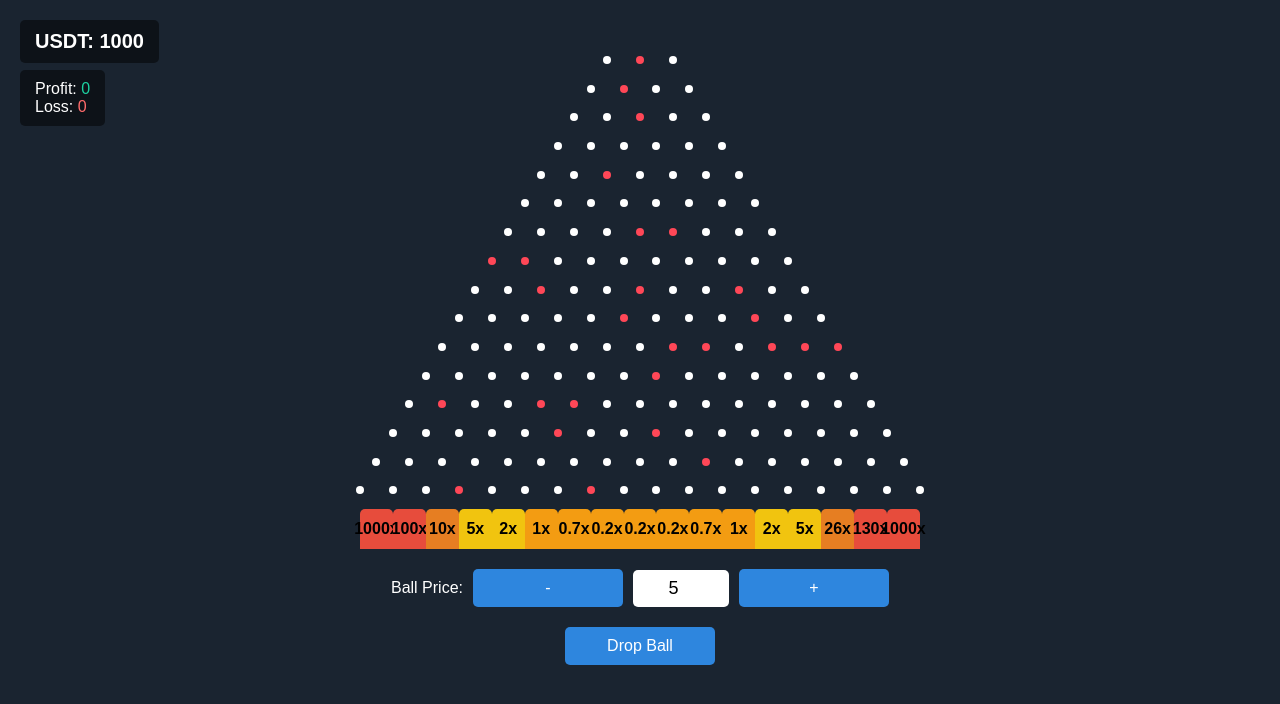
Repository: daffa-alif/PLINKO-JS
Page: plinko.html
The author's editor kept a copy of each file at every save. The page is drawn from the files as they stood at one save, then again after the next save.
The browser window is 1280 px wide. The pictures show the whole page.

Above is the page before, as saved 2025-03-07 08:37:32.

### plinko.html
<!DOCTYPE html>
<html lang="en">
<head>
    <meta charset="UTF-8">
    <meta name="viewport" content="width=device-width, initial-scale=1.0">
    <title>Plinko Game</title>
    <style>
        body {
            background-color: #1a2430;
            font-family: Arial, sans-serif;
            display: flex;
            justify-content: center;
            align-items: center;
            height: 100vh;
            margin: 0;
            color: white;
            overflow: hidden;
        }

        .container {
            position: relative;
            width: 600px;
            height: 700px;
            display: flex;
            flex-direction: column;
            align-items: center;
        }

        .plinko-board {
            position: relative;
            width: 500px;
            height: 600px;
        }

        .peg {
            position: absolute;
            width: 8px;
            height: 8px;
            background-color: white;
            border-radius: 50%;
            transform: translate(-50%, -50%);
        }

        .highlight-peg {
            background-color: #ff4757;
        }

        .ball {
            position: absolute;
            width: 16px;
            height: 16px;
            background-color: #ff6b81;
            border-radius: 50%;
            z-index: 10;
            transform: translate(-50%, -50%);
        }

        .buckets {
            display: flex;
            width: 100%;
            justify-content: space-between;
            position: absolute;
            bottom: 0;
        }

        .bucket {
            width: 55px;
            height: 40px;
            display: flex;
            justify-content: center;
            align-items: center;
            font-weight: bold;
            color: black;
            border-top-left-radius: 5px;
            border-top-right-radius: 5px;
        }

        .controls {
            margin-top: 20px;
            display: flex;
            flex-direction: column;
            align-items: center;
            gap: 10px;
            width: 100%;
        }

        button {
            padding: 10px 20px;
            font-size: 16px;
            border: none;
            border-radius: 5px;
            background-color: #2e86de;
            color: white;
            cursor: pointer;
            width: 150px;
        }

        button:hover {
            background-color: #54a0ff;
        }

        button:disabled {
            background-color: #7f8c8d;
            cursor: not-allowed;
        }

        .balance {
            position: absolute;
            top: 20px;
            left: 20px;
            font-size: 20px;
            font-weight: bold;
            background-color: rgba(0, 0, 0, 0.5);
            padding: 10px 15px;
            border-radius: 5px;
            z-index: 100;
        }

        .statistics {
            position: absolute;
            top: 70px;
            left: 20px;
            font-size: 16px;
            background-color: rgba(0, 0, 0, 0.5);
            padding: 10px 15px;
            border-radius: 5px;
            z-index: 100;
        }

        .profit {
            color: #1dd1a1;
        }

        .loss {
            color: #ff6b6b;
        }

        .price-controls {
            display: flex;
            align-items: center;
            gap: 10px;
            margin-bottom: 10px;
        }

        input {
            padding: 8px;
            width: 80px;
            text-align: center;
            font-size: 18px;
            border-radius: 5px;
            border: none;
        }

        .results {
            margin-top: 10px;
            font-size: 18px;
            color: #1dd1a1;
            height: 25px;
        }

        .falling-ball-animation {
            display: block;
            position: absolute;
            top: 0;
            left: 50%;
            transform: translateX(-50%);
            width: 16px;
            height: 16px;
            background-color: #ff6b81;
            border-radius: 50%;
            z-index: 11;
            animation: fallAnimation 1s ease-in;
        }

        @keyframes fallAnimation {
            0% {
                top: -20px;
            }
            100% {
                top: 20px;
            }
        }
    </style>
</head>
<body>
    <div class="balance">USDT: <span id="balance">1000</span></div>
    <div class="statistics">
        Profit: <span id="profit" class="profit">0</span><br>
        Loss: <span id="loss" class="loss">0</span>
    </div>
    <div class="container">
        <div class="plinko-board" id="plinkoBoard"></div>
        <div class="controls">
            <div class="price-controls">
                <span>Ball Price:</span>
                <button id="decreasePrice">-</button>
                <input type="number" id="ballPrice" value="5" min="5" max="1000">
                <button id="increasePrice">+</button>
            </div>
            <button id="dropButton">Drop Ball</button>
            <div class="results" id="results"></div>
        </div>
    </div>

    <script>
        // Game configuration
        const config = {
            rows: 16,                // Number of rows of pegs
            pegsStartCount: 3,       // Start with 3 pegs at the top row
            ballSpeed: 0.5,
            gravity: 0.15,
            friction: 0.99,
            pegInfluence: 0.6,
            maxActiveBalls: 10,
            // Updated multipliers to match the image exactly
            multipliers: [1000, 100, 10, 5, 2, 1, 0.7, 0.2, 0.2, 0.2, 0.7, 1, 2, 5, 26, 130, 1000],
            horizontalSpacingFactor: 1.12
        };

        let balance = 1000;
        let totalProfit = 0;
        let totalLoss = 0;
        let ballPrice = 30;
        let activeBalls = [];
        let pegLayout = [];

        // Initialize the board
        function initializeBoard() {
            const board = document.getElementById('plinkoBoard');
            const boardWidth = board.clientWidth;
            const boardHeight = board.clientHeight;

            // Calculate peg spacing for the wider triangular pattern
            const horizontalSpacing = (boardWidth / (config.rows + 1)) * config.horizontalSpacingFactor;
            const verticalSpacing = (boardHeight - 80) / (config.rows);

            // Create pegs in a triangular pattern with progressive row lengths
            for (let row = 0; row < config.rows; row++) {
                // Calculate number of pegs in this row (increase by 1 for each row, starting with config.pegsStartCount)
                const pegsInRow = config.pegsStartCount + row;

                // Calculate the starting position for the first peg in the row
                const rowStartX = boardWidth / 2 - (horizontalSpacing * (pegsInRow - 1)) / 2;

                for (let col = 0; col < pegsInRow; col++) {
                    const peg = document.createElement('div');
                    peg.className = 'peg';

                    // Add some highlight pegs (red pegs)
                    if (Math.random() < 0.2) {
                        peg.classList.add('highlight-peg');
                    }

                    // Calculate position for evenly distributed pegs
                    const offsetX = rowStartX + col * horizontalSpacing;
                    const offsetY = verticalSpacing * row + 50;

                    peg.style.left = `${offsetX}px`;
                    peg.style.top = `${offsetY}px`;

                    board.appendChild(peg);

                    // Store peg position for collision detection
                    pegLayout.push({
                        x: offsetX,
                        y: offsetY,
                        highlight: peg.classList.contains('highlight-peg'),
                        element: peg
                    });
                }
            }

            // Create buckets - FIXED VERSION
            const buckets = document.createElement('div');
            buckets.className = 'buckets';

            // Get the last row of pegs to align buckets with
            const lastRowPegs = pegLayout.slice(-config.pegsStartCount - config.rows + 1);
            const leftmostPeg = lastRowPegs[0].x;
            const rightmostPeg = lastRowPegs[lastRowPegs.length - 1].x;
            const bucketAreaWidth = rightmostPeg - leftmostPeg;

            // Define colors for buckets based on multipliers
            const getColorForMultiplier = (multiplier) => {
                if (multiplier >= 100) return '#e74c3c';      // Red for highest multipliers
                if (multiplier >= 10) return '#e67e22';       // Orange for high multipliers
                if (multiplier >= 2) return '#f1c40f';        // Yellow for medium multipliers
                return '#f39c12';                             // Gold for low multipliers
            };

            // Set the buckets container width to match the width of the last row of pegs
            buckets.style.width = `${bucketAreaWidth}px`;
            buckets.style.left = `${leftmostPeg}px`;
            buckets.style.position = 'absolute';

            // Add bucket divs to match the multipliers
            const multiplierCount = config.multipliers.length;
            const bucketWidth = bucketAreaWidth / multiplierCount;

            for (let i = 0; i < multiplierCount; i++) {
                const bucket = document.createElement('div');
                bucket.className = 'bucket';
                bucket.style.backgroundColor = getColorForMultiplier(config.multipliers[i]);
                bucket.textContent = `${config.multipliers[i]}x`;
                bucket.style.width = `${bucketWidth}px`;
                buckets.appendChild(bucket);
            }

            board.appendChild(buckets);
        }

        // Create a falling ball animation
        function showBallDropAnimation() {
            return new Promise(resolve => {
                const board = document.getElementById('plinkoBoard');
                const fallingBall = document.createElement('div');
                fallingBall.className = 'falling-ball-animation';
                board.appendChild(fallingBall);

                setTimeout(() => {
                    fallingBall.remove();
                    resolve();
                }, 500);
            });
        }

        // Create a ball and start animation
        async function dropBall() {
            const currentBallPrice = parseInt(document.getElementById('ballPrice').value);
            if (balance < currentBallPrice) {
                document.getElementById('results').textContent = "Not enough balance!";
                setTimeout(() => {
                    document.getElementById('results').textContent = "";
                }, 2000);
                return;
            }

            // Check if we've reached the maximum number of active balls
            if (activeBalls.length >= config.maxActiveBalls) {
                document.getElementById('results').textContent = "Too many balls in play!";
                setTimeout(() => {
                    document.getElementById('results').textContent = "";
                }, 2000);
                return;
            }

            // Deduct ball price from balance
            balance -= currentBallPrice;
            document.getElementById('balance').textContent = balance;

            // Show the ball drop animation
            await showBallDropAnimation();

            const board = document.getElementById('plinkoBoard');
            const boardWidth = board.clientWidth;

            // Ball starts at the top center of the board
            const ball = document.createElement('div');
            ball.className = 'ball';
            ball.style.left = `${boardWidth / 2}px`;
            ball.style.top = '20px';
            board.appendChild(ball);

            // Create a new ball object
            const newBall = {
                element: ball,
                id: Date.now(),
                x: boardWidth / 2,
                y: 20,
                vx: (Math.random() - 0.5) * 0.5,
                vy: 1,
                radius: 8,
                price: currentBallPrice
            };

            // Add ball to active balls array
            activeBalls.push(newBall);

            // Start animation if it's not already running
            if (activeBalls.length === 1) {
                requestAnimationFrame(animateAllBalls);
            }
        }

        // Animate all active balls
        function animateAllBalls(timestamp) {
            if (activeBalls.length === 0) return;

            const board = document.getElementById('plinkoBoard');
            const boardWidth = board.clientWidth;
            const boardHeight = board.clientHeight;

            // Get bucket positions for collision detection - FIXED VERSION
            const buckets = document.querySelector('.buckets');
            const bucketsRect = buckets.getBoundingClientRect();
            const boardRect = board.getBoundingClientRect();

            const bucketsLeft = bucketsRect.left - boardRect.left;
            const bucketsWidth = bucketsRect.width;
            const bucketCount = config.multipliers.length;
            const bucketWidth = bucketsWidth / bucketCount;

            // Process each active ball
            for (let i = activeBalls.length - 1; i >= 0; i--) {
                const ball = activeBalls[i];

                // Apply gravity
                ball.vy += config.gravity;

                // Apply friction
                ball.vx *= config.friction;
                ball.vy *= config.friction;

                // Update position
                ball.x += ball.vx;
                ball.y += ball.vy;

                // Collision with side walls
                if (ball.x - ball.radius < 0) {
                    ball.x = ball.radius;
                    ball.vx = -ball.vx * 0.5;
                } else if (ball.x + ball.radius > boardWidth) {
                    ball.x = boardWidth - ball.radius;
                    ball.vx = -ball.vx * 0.5;
                }

                // Collision with pegs
                for (const peg of pegLayout) {
                    const dx = ball.x - peg.x;
                    const dy = ball.y - peg.y;
                    const distance = Math.sqrt(dx * dx + dy * dy);

                    if (distance < ball.radius + 6) {
                        // Calculate the angle of collision
                        const angle = Math.atan2(dy, dx);

                        // Move the ball outside of the peg
                        const newX = peg.x + (ball.radius + 6) * Math.cos(angle);
                        const newY = peg.y + (ball.radius + 6) * Math.sin(angle);

                        ball.x = newX;
                        ball.y = newY;

                        // Add randomness to the bounce but with a slight bias toward outer edges
                        let randomness = (Math.random() * 2 - 1) * config.pegInfluence;

                        // Very subtle bias toward edges
                        if (ball.x < boardWidth * 0.3) {
                            randomness -= 0.05; // Slight bias leftward
                        } else if (ball.x > boardWidth * 0.7) {
                            randomness += 0.05; // Slight bias rightward
                        }

                        // Update velocity with a bounce effect and randomness
                        const speed = Math.sqrt(ball.vx * ball.vx + ball.vy * ball.vy);
                        ball.vx = Math.cos(angle + randomness) * speed;
                        ball.vy = Math.sin(Math.abs(angle + randomness)) * speed; // Keep ball moving downward

                        // Highlight the peg temporarily
                        peg.element.style.backgroundColor = '#ffdd59';
                        setTimeout(() => {
                            peg.element.style.backgroundColor = peg.highlight ? '#ff4757' : 'white';
                        }, 100);
                    }
                }

                // Check if ball reached bucket level
                if (ball.y > boardHeight - 60) {
                    // Calculate which bucket the ball fell into based on the fixed buckets position - FIXED VERSION
                    let bucketIndex = -1;

                    // Check if the ball is within the bucket area
                    if (ball.x >= bucketsLeft && ball.x <= bucketsLeft + bucketsWidth) {
                        // Calculate the bucket index based on the ball's position relative to the buckets
                        bucketIndex = Math.floor((ball.x - bucketsLeft) / bucketWidth);
                        bucketIndex = Math.min(bucketIndex, bucketCount - 1);
                    } else {
                        // If the ball is outside the bucket area, put it in the nearest edge bucket
                        bucketIndex = ball.x < bucketsLeft ? 0 : bucketCount - 1;
                    }

                    // Apply multiplier to the bet
                    const multiplier = config.multipliers[bucketIndex];
                    const winAmount = Math.floor(ball.price * multiplier);
                    balance += winAmount;
                    document.getElementById('balance').textContent = balance;

                    // Update profit/loss statistics
                    if (winAmount > ball.price) {
                        const profit = winAmount - ball.price;
                        totalProfit += profit;
                        document.getElementById('profit').textContent = totalProfit;
                    } else if (winAmount < ball.price) {
                        const loss = ball.price - winAmount;
                        totalLoss += loss;
                        document.getElementById('loss').textContent = totalLoss;
                    }

                    // Display result message
                    const resultElement = document.getElementById('results');
                    if (winAmount > ball.price) {
                        resultElement.textContent = `You won ${winAmount} USDT!`;
                        resultElement.style.color = '#1dd1a1';
                    } else if (winAmount < ball.price) {
                        resultElement.textContent = `You lost ${ball.price - winAmount} USDT`;
                        resultElement.style.color = '#ff6b6b';
                    } else {
                        resultElement.textContent = `You broke even!`;
                        resultElement.style.color = '#f7d794';
                    }

                    // Highlight the winning bucket
                    const bucketElements = document.querySelectorAll('.bucket');
                    bucketElements[bucketIndex].style.transform = 'translateY(-5px)';
                    setTimeout(() => {
                        bucketElements[bucketIndex].style.transform = 'translateY(0)';
                    }, 300);

                    // Remove ball from DOM
                    ball.element.remove();

                    // Remove ball from active balls array
                    activeBalls.splice(i, 1);
                }

                // Update ball position in DOM
                ball.element.style.left = `${ball.x}px`;
                ball.element.style.top = `${ball.y}px`;
            }

            // Continue animation if there are still active balls
            if (activeBalls.length > 0) {
                requestAnimationFrame(animateAllBalls);
            }
        }

        // Initialize the game
        window.addEventListener('DOMContentLoaded', () => {
            initializeBoard();

            // Update balance display
            document.getElementById('balance').textContent = balance;

            // Add event listener for the drop button
            document.getElementById('dropButton').addEventListener('click', () => {
                dropBall();
            });

            // Add event listeners for ball price adjustment
            document.getElementById('decreasePrice').addEventListener('click', () => {
                const priceInput = document.getElementById('ballPrice');
                let currentPrice = parseInt(priceInput.value);
                if (currentPrice > 5) {
                    priceInput.value = currentPrice - 5;
                }
            });

            document.getElementById('increasePrice').addEventListener('click', () => {
                const priceInput = document.getElementById('ballPrice');
                let currentPrice = parseInt(priceInput.value);
                if (currentPrice < 1000) {
                    priceInput.value = currentPrice + 5;
                }
            });

            // Ensure ball price is valid
            document.getElementById('ballPrice').addEventListener('change', (e) => {
                let value = parseInt(e.target.value);
                if (isNaN(value) || value < 5) {
                    e.target.value = 5;
                } else if (value > 1000) {
                    e.target.value = 1000;
                }
            });
        });
    </script>
</body>
</html>

After the next save:
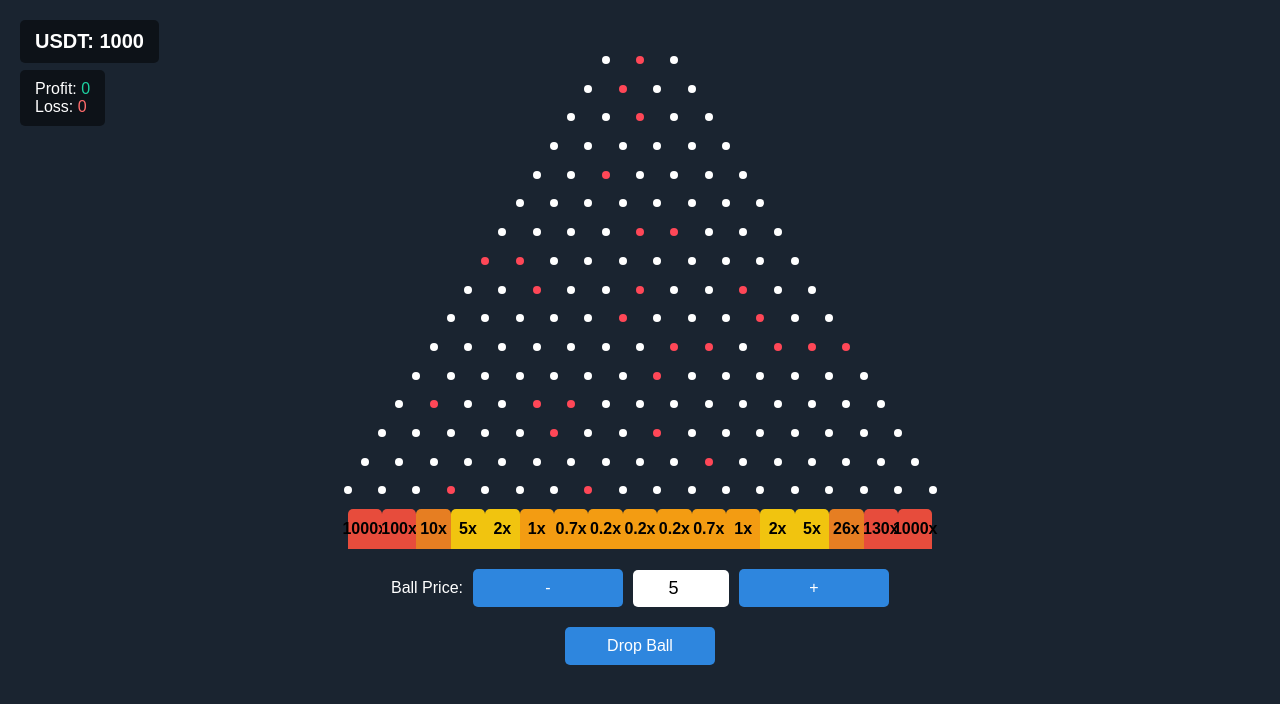
Saved 4 min 19 s later.
--- a/plinko.html
+++ b/plinko.html
@@ -214,7 +214,7 @@
             maxActiveBalls: 10,
             // Updated multipliers to match the image exactly
             multipliers: [1000, 100, 10, 5, 2, 1, 0.7, 0.2, 0.2, 0.2, 0.7, 1, 2, 5, 26, 130, 1000],
-            horizontalSpacingFactor: 1.12
+            horizontalSpacingFactor: 1.17
         };
 
         let balance = 1000;
